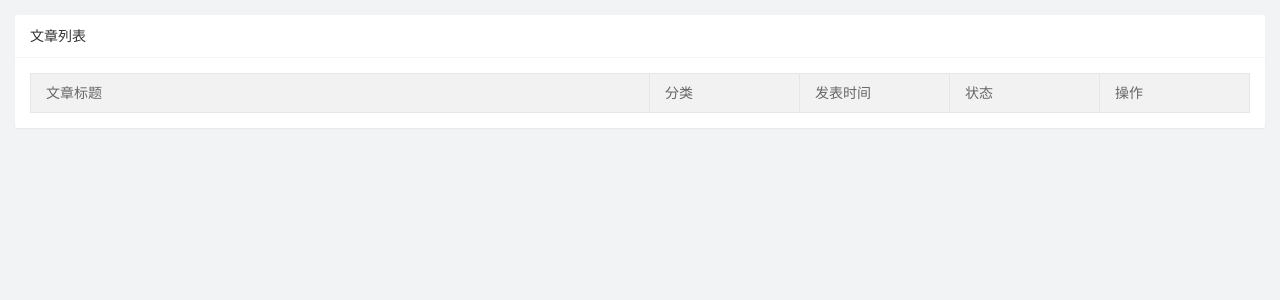
Repository: haloxxi/web_bigevent
Page: article/art-list.html
An editor plug-in stored every save of this project. The page is shown before and after the next save, followed by the edit.
The browser window is 1280 px wide. The pictures show the whole page.
The page's requests for data from a server got no answer.

Above is the page before, as saved 2022-06-29 11:15:57.
Console error: TypeError: Cannot read properties of undefined (reading 'status')

After the next save:
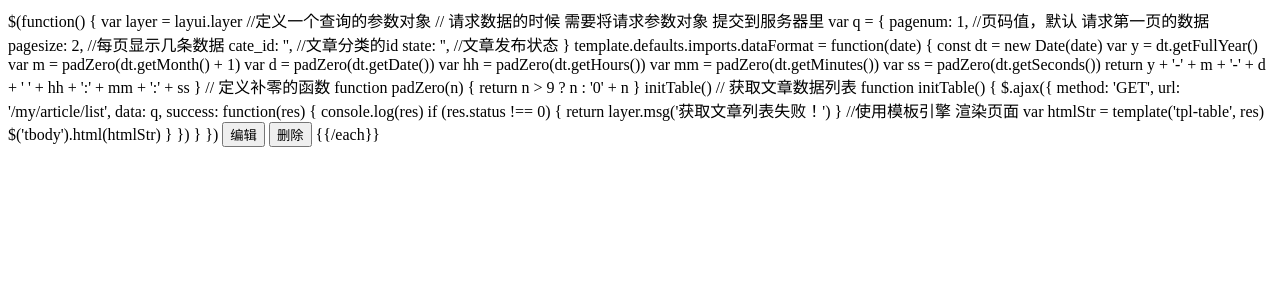
Saved 3 h 30 min later.
--- a/article/art-list.html
+++ b/article/art-list.html
@@ -1,71 +1,23 @@
-<!DOCTYPE html>
-<html lang="en">
+$(function() { var layer = layui.layer //定义一个查询的参数对象 // 请求数据的时候 需要将请求参数对象 提交到服务器里 var q = { pagenum: 1, //页码值，默认 请求第一页的数据 pagesize: 2, //每页显示几条数据 cate_id: '', //文章分类的id state: '', //文章发布状态 } template.defaults.imports.dataFormat = function(date) { const
+dt = new Date(date) var y = dt.getFullYear() var m = padZero(dt.getMonth() + 1) var d = padZero(dt.getDate()) var hh = padZero(dt.getHours()) var mm = padZero(dt.getMinutes()) var ss = padZero(dt.getSeconds()) return y + '-' + m + '-' + d + ' ' + hh +
+':' + mm + ':' + ss } // 定义补零的函数 function padZero(n) { return n > 9 ? n : '0' + n } initTable() // 获取文章数据列表 function initTable() { $.ajax({ method: 'GET', url: '/my/article/list', data: q, success: function(res) { console.log(res) if (res.status !== 0)
+{ return layer.msg('获取文章列表失败！') } //使用模板引擎 渲染页面 var htmlStr = template('tpl-table', res) $('tbody').html(htmlStr) } }) } })
+<td>
+    <button type="button" class="layui-btn  layui-btn-xs">编辑</button>
+    <button type="button" class="layui-btn  layui-btn-danger  layui-btn-xs">删除</button>
+</td>
+</tr>
+{{/each}}
+</script>
 
-<head>
-    <meta charset="UTF-8">
-    <meta http-equiv="X-UA-Compatible" content="IE=edge">
-    <meta name="viewport" content="width=device-width, initial-scale=1.0">
-    <title>文章那个列表</title>
-    <link rel="stylesheet" href="/assets/lib/layui/css/layui.css">
-    <link rel="stylesheet" href="/assets/css/article/art-list.css">
-</head>
+<!-- 导入第三方js -->
+<script src="/assets/lib/layui/layui.all.js"></script>
+<script src="/assets/lib/jquery.js"></script>
+<script src="/assets/js/baseAPI.js"></script>
+<script src="/assets/lib/template-web.js"></script>
 
-<body>
-    <!-- 卡片区 -->
-    <div class="layui-card">
-        <div class="layui-card-header">文章列表</div>
-        <div class="layui-card-body">
-            <!-- 筛选区域 -->
-            <!-- 列表区域 -->
-            <table class="layui-table">
-                <colgroup>
-                    <col>
-                    <col width="150">
-                    <col width="150">
-                    <col width="150">
-                    <col width="150">
-                </colgroup>
-                <thead>
-                    <tr>
-                        <th>文章标题</th>
-                        <th>分类</th>
-                        <th>发表时间</th>
-                        <th>状态</th>
-                        <th>操作</th>
-                    </tr>
-                </thead>
-                <tbody>
-
-                </tbody>
-            </table>
-            <!-- 分页区域 -->
-        </div>
-    </div>
-
-    <!-- 列表数据的模板引擎 -->
-    <script type="text/html" id="tpl-table">
-        {{each data}}
-        <tr>
-            <td>{{$value.title}}</td>
-            <td>{{$value.cate_name}}</td>
-            <td>{{$value.pub_date}}</td>
-            <td>{{$value.state}}</td>
-            <td>
-                <button type="button" class="layui-btn  layui-btn-xs">编辑</button>
-                <button type="button" class="layui-btn  layui-btn-danger  layui-btn-xs">删除</button>
-            </td>
-        </tr>
-        {{/each}}
-    </script>
-
-    <!-- 导入第三方js -->
-    <script src="/assets/lib/layui/layui.all.js"></script>
-    <script src="/assets/lib/jquery.js"></script>
-    <script src="/assets/js/baseAPI.js"></script>
-    <script src="/assets/lib/template-web.js"></script>
-
-    <!-- 导入自己写的js -->
-    <script src="/assets/js/article/art-list.js"></script>
+<!-- 导入自己写的js -->
+<script src="/assets/js/article/art-list.js"></script>
 </body>
 
 </html>
